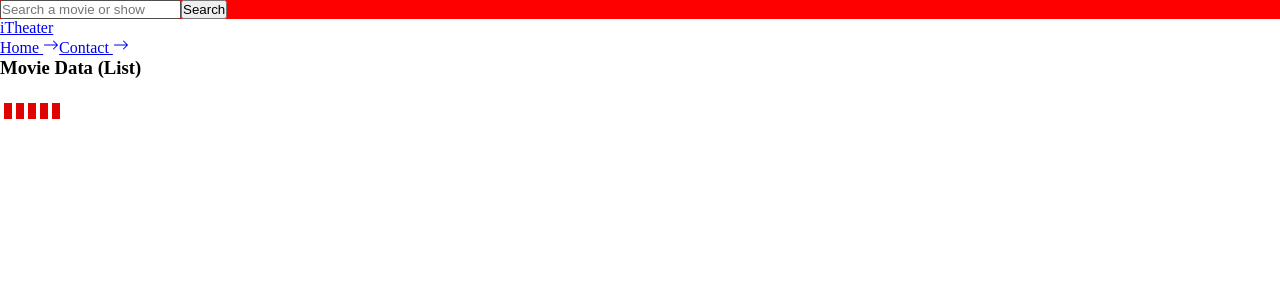
Repository: just-mann/itheater
Page: /
These files come from the project's save history. The page is drawn as it stood at one moment and after the next save; the edit follows.
The browser window is 1280 px wide. The pictures show the whole page.
The page's requests for data from a server got no answer. Some web fonts or font styles are not loaded; a fallback is used. The project was rebuilt for these pictures with package versions that can differ from the ones it lists, and the page was loaded fresh each time. No one was signed in, and anything a server would have sent is missing. Also part of the build but not shown: src/components/Contact.js, src/components/MovieDetail.js.

Above is the page before, as saved 2021-07-17 04:41:20.

After the next save:
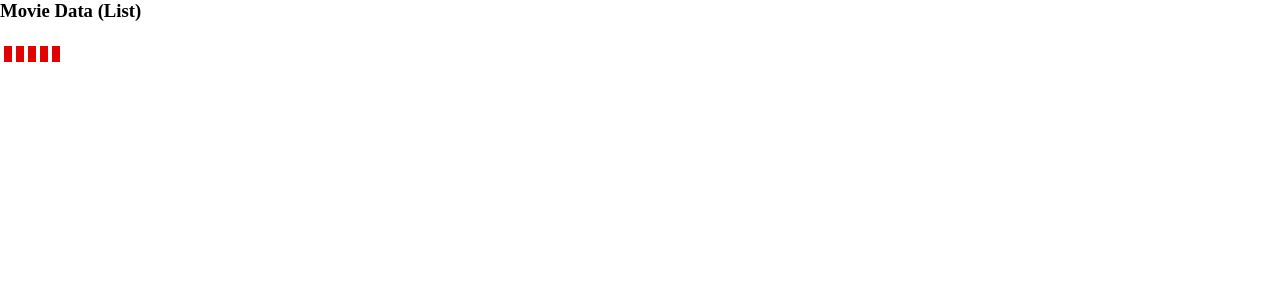
Saved 4 min 16 s later.
--- a/src/components/ShowList.js
+++ b/src/components/ShowList.js
@@ -13,8 +13,8 @@
 
     return (
         <div className="ShowList">
-            <Header />
-            <SideNav />
+            {/* <Header /> */}
+            {/* <SideNav /> */}
             <div className="rightSide">
                 <div>
                     <h3>Movie Data (List)</h3>

After the save that followed:
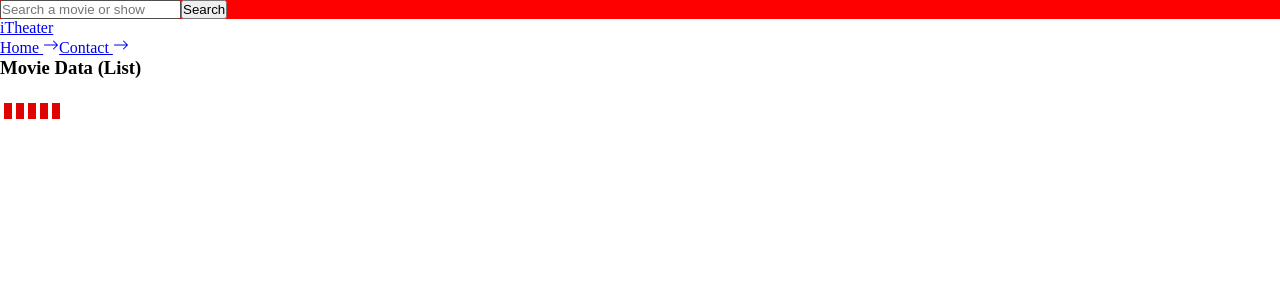
Saved 9 s later.
--- a/src/components/ShowList.js
+++ b/src/components/ShowList.js
@@ -13,8 +13,8 @@
 
     return (
         <div className="ShowList">
-            {/* <Header /> */}
-            {/* <SideNav /> */}
+            <Header />
+            <SideNav />
             <div className="rightSide">
                 <div>
                     <h3>Movie Data (List)</h3>
